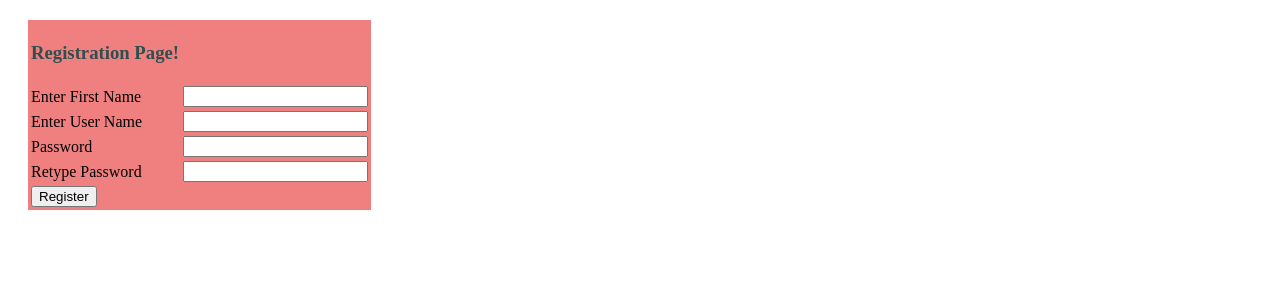
Repository: Pramila0526/LoginRegistrationUsingFilters
Page: http://localhost/LoginAndRegistration/register.jsp
The author's editor kept a copy of each file at every save. The page is drawn from the files as they stood at one save, then again after the next save.
The browser window is 1280 px wide. The pictures show the whole page.
The page is served by Tomcat 9. Other server files are loaded and not shown.

Above is the page before, as saved 2019-12-27 04:59:52.

### LoginAndRegistration/WebContent/register.jsp
<%@ page language="java" contentType="text/html; charset=UTF-8"
    pageEncoding="UTF-8"%>
<!DOCTYPE html>
<html>
<head>
<meta charset="UTF-8">
<title>Insert title here</title>
</head>
<body>
<form Action="LoginRegistration" method="post">
		<table
			style="background-color: lightcoral; margin-left: 20px; margin-top: 20px">
			<tr>
				<td><h3 style="color: darkslategray;">Registration Page!</h3></td>
			</tr>

			<tr>
				<td>Enter First Name</td>
				<td><input type="text" name="name"></td>
			</tr>

			<tr>
				<td>Enter User Name</td>
				<td><input type="text" name="username"></td>
			</tr>

			<tr>
				<td>Password</td>
				<td><input type="password" name="password"></td>
			</tr>
			<tr>
				<td>Retype Password</td>
				<td><input type="password" name="password1"></td>
			</tr>

			<tr>
				<td><input type="submit" name="Submit" value="Register"></td>
			</tr>
		</table>
	</form>
</body>
</html>

After the next save:
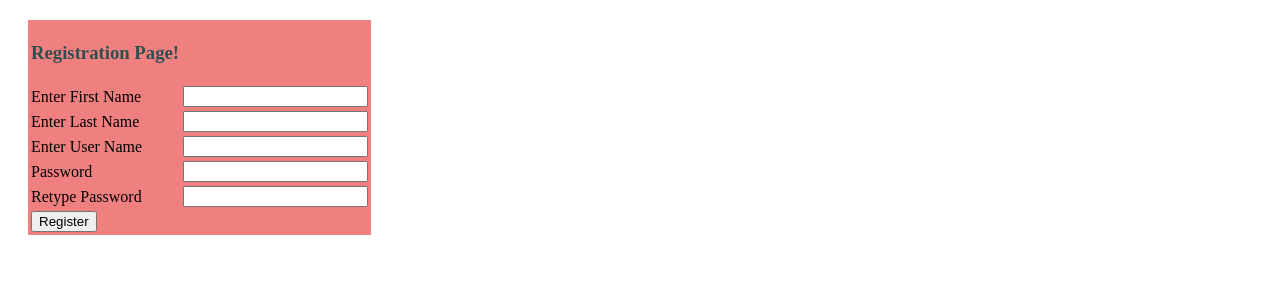
Saved 15 s later.
--- a/LoginAndRegistration/WebContent/register.jsp
+++ b/LoginAndRegistration/WebContent/register.jsp
@@ -16,7 +16,12 @@
 
 			<tr>
 				<td>Enter First Name</td>
-				<td><input type="text" name="name"></td>
+				<td><input type="text" name="firstname"></td>
+			</tr>
+
+			<tr>
+				<td>Enter Last Name</td>
+				<td><input type="text" name="lastname"></td>
 			</tr>
 
 			<tr>
